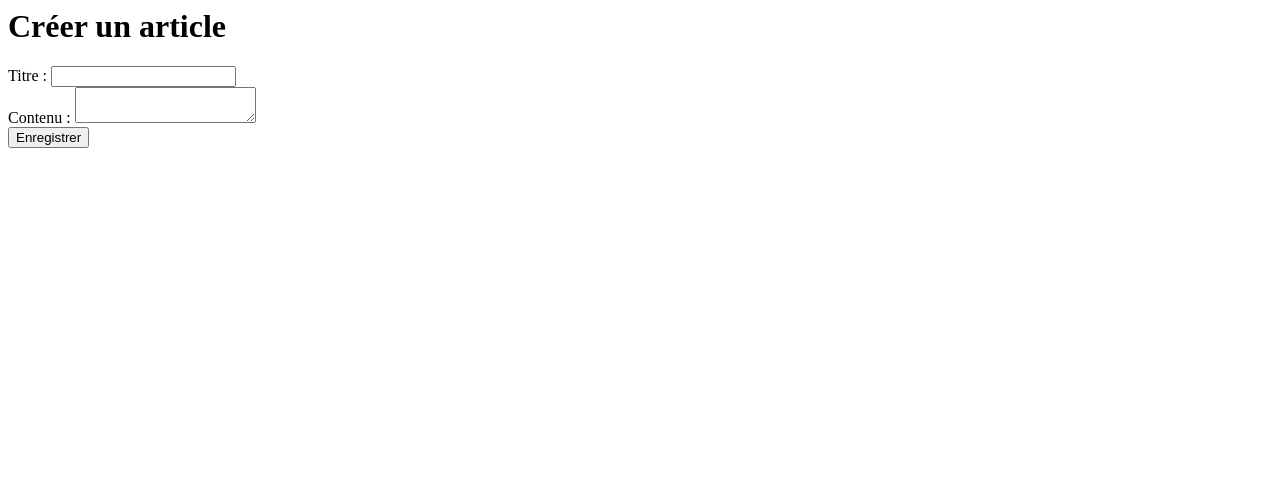
Repository: ciIHeB/anterlab-laravel-test
Page: http://localhost/posts/create
An editor plug-in stored every save of this project. The page is shown before and after the next save, followed by the edit.
The browser window is 1280 px wide. The pictures show the whole page.
The page is served by the project's Laravel application, run on PHP 8.4 with Laravel 10. Other server files are loaded and not shown.

Above is the page before, as saved 2025-06-25 10:53:31.

### routes/web.php
<?php

use Illuminate\Support\Facades\Route;
use App\Http\Controllers\PostController;
use App\Http\Controllers\FormController;
use App\Http\Controllers\UserTaskController;

/*
|--------------------------------------------------------------------------
| Web Routes
|--------------------------------------------------------------------------
*/

Route::get('/', function () {
    return view('welcome');
});

// Posts CRUD except 'show' (optional, if you don't want 'show' route)
Route::resource('posts', PostController::class)->except(['show']);

// If you need the 'show' route, add it explicitly (optional)
// Route::get('/posts/{post}', [PostController::class, 'show'])->name('posts.show');

// Soft Delete routes (overrides destroy)
Route::delete('/posts/{post}', [PostController::class, 'destroy'])->name('posts.destroy');
Route::get('/posts/trashed', [PostController::class, 'trashed'])->name('posts.trashed');
Route::patch('/posts/{post}/restore', [PostController::class, 'restore'])->name('posts.restore');

// Form Validation Task
Route::get('/form', [FormController::class, 'showForm'])->name('form.show');
Route::post('/form', [FormController::class, 'submitForm'])->name('form.submit');

// User Tasks Relationship
Route::get('/user/{id}/tasks', [UserTaskController::class, 'showTasks'])->name('user.tasks');

// AJAX Form Submission for posts
Route::post('/ajax-post', [PostController::class, 'ajaxStore'])->name('ajax.post');
Route::view('/ajax-form', 'posts.ajax-form')->name('posts.ajaxForm');

### app/Http/Controllers/PostController.php
<?php

namespace App\Http\Controllers;

use App\Models\Post;
use Illuminate\Http\Request;

class PostController extends Controller
{
    // List posts, with optional search filter
    public function index(Request $request)
    {
        $query = Post::query();

        if ($request->has('search') && !empty($request->search)) {
            $keyword = $request->search;
            $query->where(function ($q) use ($keyword) {
                $q->where('title', 'like', "%{$keyword}%")
                  ->orWhere('content', 'like', "%{$keyword}%");
            });
        }

        $posts = $query->paginate(10);

        return view('posts.index', compact('posts'));
    }

    public function create()
    {
        return view('posts.create');
    }

    public function store(Request $request)
    {
        $request->validate([
            'title' => 'required|max:255',
            'content' => 'required',
        ]);

        Post::create($request->all());
        return redirect()->route('posts.index');
    }

    public function ajaxStore(Request $request)
    {
        $validated = $request->validate([
            'title' => 'required|max:255',
            'content' => 'required',
        ]);

        Post::create($validated);

        return response()->json(['message' => 'Post created successfully!']);
    }

    public function show(Post $post)
    {
        return view('posts.show', compact('post'));
    }

    public function edit(Post $post)
    {
        return view('posts.edit', compact('post'));
    }

    public function update(Request $request, Post $post)
    {
        $request->validate([
            'title' => 'required|max:255',
            'content' => 'required',
        ]);

        $post->update($request->all());
        return redirect()->route('posts.index');
    }

    // Soft delete a post
    public function destroy(Post $post)
    {
        $post->delete();  // This performs soft delete because Post uses SoftDeletes trait
        return redirect()->route('posts.index')->with('success', 'Post soft deleted.');
    }

    // Show soft deleted posts
    public function trashed()
    {
        $posts = Post::onlyTrashed()->paginate(10);
        return view('posts.trashed', compact('posts'));
    }

    // Restore a soft deleted post
    public function restore($id)
    {
        $post = Post::onlyTrashed()->findOrFail($id);
        $post->restore();
        return redirect()->route('posts.trashed')->with('success', 'Post restored successfully.');
    }
}

### resources/views/posts/create.blade.php
<!-- resources/views/posts/create.blade.php -->

<h1>Créer un article</h1>

<form method="POST" action="{{ route('posts.store') }}">
    @csrf
    <label>Titre :</label>
    <input type="text" name="title"><br>
    <label>Contenu :</label>
    <textarea name="content"></textarea><br>
    <button type="submit">Enregistrer</button>
</form>

Loaded but not shown: app/Http/Controllers/Controller.php (common file)

After the next save:
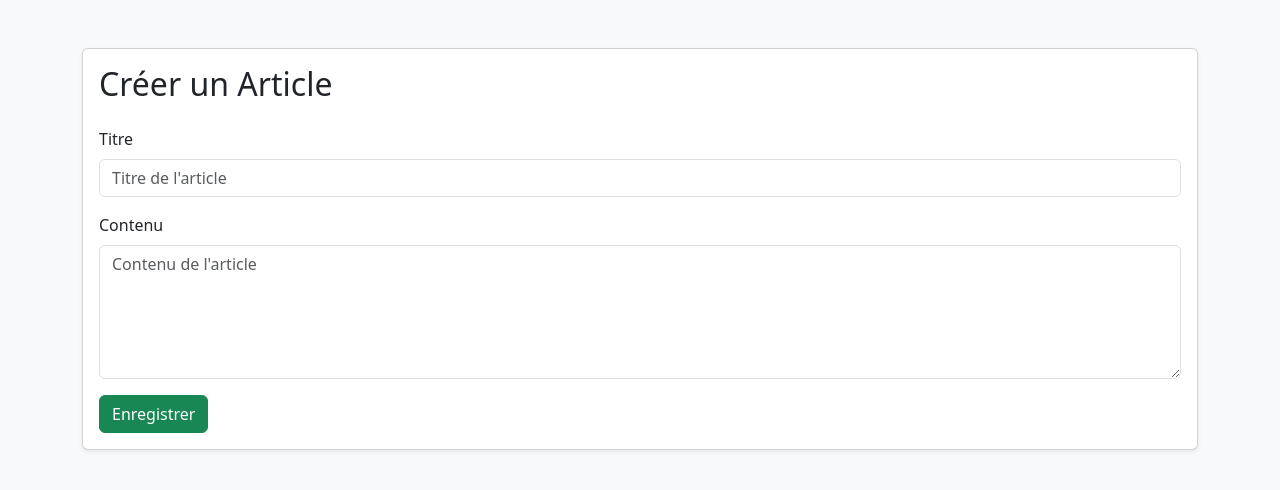
Saved 16 s later.
--- a/resources/views/posts/create.blade.php
+++ b/resources/views/posts/create.blade.php
@@ -1,12 +1,35 @@
-<!-- resources/views/posts/create.blade.php -->
+<!DOCTYPE html>
+<html lang="fr">
+<head>
+    <meta charset="UTF-8">
+    <title>Créer un Article</title>
+    <link href="https://cdn.jsdelivr.net/npm/bootstrap@5.3.3/dist/css/bootstrap.min.css" rel="stylesheet">
+</head>
+<body class="bg-light">
 
-<h1>Créer un article</h1>
+<div class="container mt-5">
+    <div class="card shadow-sm">
+        <div class="card-body">
+            <h2 class="mb-4">Créer un Article</h2>
 
-<form method="POST" action="{{ route('posts.store') }}">
-    @csrf
-    <label>Titre :</label>
-    <input type="text" name="title"><br>
-    <label>Contenu :</label>
-    <textarea name="content"></textarea><br>
-    <button type="submit">Enregistrer</button>
-</form>
+            <form method="POST" action="{{ route('posts.store') }}">
+                @csrf
+
+                <div class="mb-3">
+                    <label for="title" class="form-label">Titre</label>
+                    <input type="text" id="title" name="title" class="form-control" placeholder="Titre de l'article">
+                </div>
+
+                <div class="mb-3">
+                    <label for="content" class="form-label">Contenu</label>
+                    <textarea id="content" name="content" rows="5" class="form-control" placeholder="Contenu de l'article"></textarea>
+                </div>
+
+                <button type="submit" class="btn btn-success">Enregistrer</button>
+            </form>
+        </div>
+    </div>
+</div>
+
+</body>
+</html>
